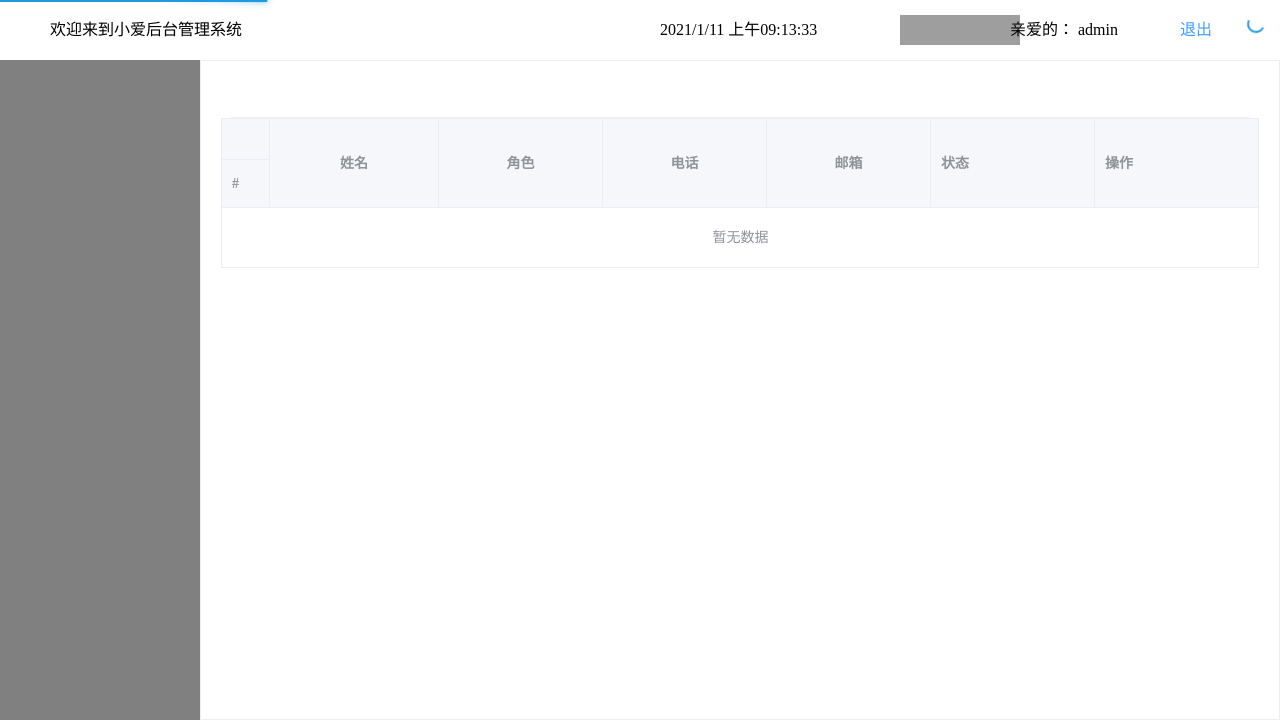
Repository: heyegang/vuex
Page: /usermanagement
An editor plug-in stored every save of this project. The page is shown before and after the next save, followed by the edit.
The browser window is 1280 px wide. The pictures show the whole page.
Pictures or frames that could not be fetched are drawn as grey boxes. The page's requests for data from a server got no answer. The project was rebuilt for these pictures with package versions that can differ from the ones it lists, and the page was loaded fresh each time. No one was signed in, and anything a server would have sent is missing. Also part of the build but not shown: vue.config.js, src/views/Home.vue, src/components/navsidebar/NavSidebar.vue.

Above is the page before, as saved 2021-01-12 11:14:13.

### src/main.js
import Vue from "vue";
import App from "./App.vue";
import router from "./router";
import store from "./store";
import ElementUI from "element-ui";
import "element-ui/lib/theme-chalk/index.css"

Vue.use(ElementUI)
Vue.config.productionTip = false;

new Vue({
  router,
  store,
  render: h => h(App)
}).$mount("#app");

### src/App.vue
<template>
  <div id="app">
    <router-view />
  </div>
</template>

<style lang="scss">
*{
  margin: 0;
  padding: 0;
}
html,body,#app{
  height: 100%;
}
</style>

### src/router/index.js
import Vue from "vue";
import VueRouter from "vue-router";
import Home from "../views/Home.vue";
import Layout from "../views/layout/Layout.vue";

Vue.use(VueRouter);

const routes = [
  {
   path:"",
  component:Layout,
  children:[{
    path: "/",
    name: "Home",
    component: Home
  },
  {
    path: "/usermanagement",
    name: "usermanagement",
    component: () => import('../views/usermanagement/UserManagement.vue')
  },

  ]},
  {
    path: "/login",
    name: "login",
    component: () => import('../views/login/Login.vue')
  },
];

const router = new VueRouter({
  mode: "history",
  base: process.env.BASE_URL,
  routes
});

export default router;

### src/store/index.js
import Vue from "vue";
import Vuex from "vuex";
import user from "./user";
import layout from "./layout";
import Administration from "./Administration/Administration"
Vue.use(Vuex);

export default new Vuex.Store({
  state: {
    // 存放数据
  },
  mutations: {
    // 同步修改state
  },
  actions: {},
  modules: {
    // 代表模块
    user,
    layout,
    Administration,
  }
});

### src/views/layout/Layout.vue
<template>
  <div>
    <el-container>
      <el-header>
        <nav-header></nav-header>
      </el-header>
      <el-container>
        <el-aside width="200px">
          <nav-sidebar :layouts='layouts' v-if='layouts.length>0'></nav-sidebar>
        </el-aside>
        <el-main>
          <nav-label></nav-label>
          <router-view></router-view>
        </el-main>
      </el-container>
    </el-container>
  </div>
</template>

<script>
import NavHeader from "../../components/navheader/NavHeader";
import NavSidebar from "../../components/navsidebar/NavSidebar";
import NavLabel from "../../components/navlabel/NavLabel";
import {createNamespacedHelpers} from 'vuex'
let userModule = createNamespacedHelpers('layout')
let {mapState: layoutState,mapActions: layoutActions} = userModule
export default {
  name: "",
  props: {},
  data() {
    return {
      sidebars:[]
    };
  },
  components: {
    NavHeader,
    NavSidebar,
    NavLabel,
  },
  methods: {
    ...layoutActions(['gettype'])
  },
  mounted() {
    this.gettype()
  },
  computed: {
    ...layoutState(['layouts'])
  },
  watch: {}
};
</script>

<style lang='scss' scoped>
.el-header,
.el-footer {
  line-height: 60px;
}

.el-aside {
  position: fixed;
  top: 60px;
  bottom: 0;
  background-color: gray;
}

.el-main {
  position: fixed;
  bottom: 0;
  right: 0;
  top: 60px;
  left: 200px;
  border: 1px solid #eeeeee;
}

body > .el-container {
  margin-bottom: 40px;
}

.el-container:nth-child(5) .el-aside,
.el-container:nth-child(6) .el-aside {
  line-height: 260px;
}

.el-container:nth-child(7) .el-aside {
  line-height: 320px;
}
</style>

### src/views/usermanagement/UserManagement.vue
<template>
  <div class="back">
      <!-- <el-table
      :data="Administrations"
      style="width: 100%">
      <el-table-column
        prop="username"
        label="姓名">
      </el-table-column>
      <el-table-column
        prop="role_name"
        label="角色">
      </el-table-column>
      <el-table-column
        prop="mobile"
        label="电话">
      </el-table-column>
      <el-table-column
        prop="email"
        label="邮箱">
      </el-table-column>
    </el-table> -->
    <ai-table :data="Administrations" :columns="columns" border :extend='extend'>

      <template #action='scope' >
        <el-button type='primary' @click='edit(scope.scope)' size="mini">

          <i class="el-icon-edit"></i>
        </el-button>
        <el-button type='danger' @click='cls' size="mini">
          <i class="el-icon-delete"></i>
        </el-button>
        <el-button type='warning' @click='distribution' size="mini">
          <i class="el-icon-setting"></i>
        </el-button>
      </template>
      <template #switchs>
        <!-- <el-switch :v-model="value">
        </el-switch>   -->
        1
      </template>
    </ai-table>
  </div>
</template>

<script>
import {createNamespacedHelpers} from "vuex"
let userModule = createNamespacedHelpers('Administration')
let {mapState: AdmState,mapActions: AdmActions} = userModule
import AiTable from "../../components/aitable/AiTable"
export default {
  name: '',
  props:{

  },
  data () {
    return {
      value: true,
      pagenum:1,
      pagesize:5,
      query:'',
      columns:[
        {
          label:'姓名',
          prop:'username',
          align:'center',
        },
        {
          label:'角色',
           prop:'role_name',
           align:'center',
        },
        {
          label:'电话',
           prop:'mobile',
           align:'center',
        },
        {
          label:'邮箱',
           prop:'email',
           align:'center',
        },
        {
          label:'状态',
           prop:'mg_state',
           align:'center',
           slot:'switchs'
        },
        {
          label:'操作',
           prop:'',
           align:'center',
           slot:'action'
        },
      ],
      extend: [
        {
          type:'index',
          label:'#'
        },
      ]
    }
  },
  components: {
    AiTable,
  },
  methods: {
    ...AdmActions(['getusers']),
    edit(scope){
      console.log(scope)
    },
    cls(){
      console.log(1)
    },
    distribution(){
      console.log(2)
    }
  },
  mounted() {
    this.getusers({
      query:'',
      pagenum:this.pagenum,
      pagesize:this.pagesize,
    })
  },
  computed: {
    ...AdmState(['Administrations'])
  },
  watch: {}
}
</script>

<style lang='scss' scoped>
.back{
  color: black;
}
</style>

### src/store/user.js
import { Message } from "element-ui";
import api from '../http/api';
import router from '../router'

export default {
    namespaced:true,
    // 开启命名空间

    state: {
        // 存放数据
        users:[]
      },
      mutations: {
        // 同步修改state
        setUsers(state,data){
            state.users = data
        }
      },
      actions: {
        //   发请求
        // 所有的方法
        // 登录 每一个action的方法都有两个参数 第一个是store 第二个是请求的参数
        // store可以解构为commit dispatch(提交另外一个action)
        async login(_,params){
            let res = await api.login(params)
            if(res.meta.status === 200){
                // 请求成功 存用户 跳转路由 提示用户
                localStorage.setItem('user', JSON.stringify(res.data))
                localStorage.setItem('token', res.data.token)
                Message.success('登录成功')
                router.push('/')
            } else {
                Message.error(res.meta.msg)
            }
        },
        // async getUsers({commit},params){
        //     let res = await api.getUsers(params)
        //     if(res.meta.status === 200) {
        //         commit('setUsers',res.data)
        //     }else {
        //         Message.error(res.meta.msg)
        //     }
        // } ,
      },
}

### src/store/layout.js
import api from '../http/api';
import { Message } from "element-ui";



export default {
  namespaced:true,
  state: {
    // 存放数据
    layouts:[]
  },
  mutations: {
    // 同步修改state
    setLayout(state,data){
      state.layouts = data
    }
  },
  actions: {
    async gettype({commit},params){
      let res = await api.gettype(params)
      if(res.meta.status === 200){
       console.log(res)
        commit('setLayout',res.data)
      }else {
        Message.error(res.meta.msg)
      }
    },
  },
}

### src/store/Administration/Administration.js
import { Message } from "element-ui";
import api from '../../http/api';

export default({
  namespaced:true,

  state: {
    // 存放数据
    Administrations:[]
  },
  mutations: {
    // 同步修改state
    setAdministration(state,data){
      state.Administrations = data
    }
  },
  actions: {
    async getusers({commit},params){
      let res =await api.getusers(params)
      if(res.meta.status === 200) {
        console.log(res)
        commit('setAdministration',res.data.users)
      } else {
        Message.error(res.meta.msg)
      }
    }
  },
})

### src/components/navheader/NavHeader.vue
<template>
  <div class="top">
      <div style="margin-left:30px;">
          欢迎来到小爱后台管理系统
      </div>
      <div class="box">
          {{times}}
      </div>
      <div class="weather">
          <div class="weather"><iframe scrolling="no" src="https://tianqiapi.com/api.php?style=yd&skin=pitaya" frameborder="0" width="100%" height="30" allowtransparency="true"></iframe></div>
    <!--获取天气-->
      </div>
      <div class="hello">
          亲爱的： admin
      </div>
      <div class="esc">
          退出
      </div>
  </div>
</template>

<script>
export default {
  name: '',
  props:{},
  data () {
    return {
      times:'',//格式化之后的当前时间
      currentTime: new Date() //当前时间
    }
  },
  components: {},
  methods: {
    getTimes(){
      setInterval(this.getTimesInterval, 1000);
    },
    getTimesInterval:function() {
      let _this = this;
      let year = new Date().getFullYear(); //获取当前时间的年份
      let month = new Date().getMonth() + 1; //获取当前时间的月份
      let day = new Date().getDate(); //获取当前时间的天数
      let hours = new Date().getHours(); //获取当前时间的小时
      let minutes = new Date().getMinutes(); //获取当前时间的分数
      let seconds = new Date().getSeconds(); //获取当前时间的秒数
      let hello = "";
      //当小于 10 的是时候，在前面加 0
      if (hours < 10) {
        hours = "0" + hours;
      }
      if (minutes < 10) {
        minutes = "0" + minutes;
      }
      if (seconds < 10) {
        seconds = "0" + seconds;
      }
      //一天中的时间
      if (hours > 6 && hours <13){
          hello = "上午";
      }
      if (hours > 13 && hours <18){
          hello = "下午";
      }
      if (hours > 18 && hours <24){
          hello = "晚上";
      }
      if (hours >0 && hours < 6){
          hello = "凌晨";
      }
      //拼接格式化当前时间
      _this.times = year + "/" + month + "/" + day + " " +hello+ hours + ":" + minutes + ":" + seconds;
    },
  },
  mounted() {
    this.getTimes()
  },
  computed: {},
  watch: {},
}
</script>

<style lang='scss' scoped>
.top{
    display: flex;
    position: relative;
    line-height: 60px;
}
.box{
    width: 220px;
    position: absolute;
    right: 380px;
    color: black;
}
.weather{
    width: 120px;
    position: absolute;
    right: 120px;
    top: 5px;
}
.hello{
    width: 120px;
    position: absolute;
    right: 130px;
}
.esc{
    width: 60px;
    position: absolute;
    right: 20px;
    color: #409EFF;
}
</style>

### src/components/navlabel/NavLabel.vue
<template>
  <div class="LabelBox">
  </div>
</template>

<script>
export default {
  name: '',
  props:{},
  data () {
    return {
    }
  },
  components: {},
  methods: {},
  mounted() {},
  computed: {},
  watch: {}
}
</script>

<style lang='scss' scoped>
.LabelBox{
  width: 98%;
  height: 36px;
  border-bottom: 1px solid #eee;
  margin-left: 1%;

}
</style>

### src/components/aitable/AiTable.vue
<template>
  <!-- <div>
    <ai-form></ai-form>
  </div> -->
    <el-table
      :border="border"
      :data="data"
      style="width: 100%"
      >
      <el-table-column v-if="extend && extend.length">
        <el-table-column
        v-for="(item) in extend"
        :key="item.type"
        :type="item.type"
        :label="item.label"
        >
        </el-table-column>
      </el-table-column>
      <el-table-column
      v-for="(item,index) in columns.slice(0, columns.length - 2)"
      :key="index"
      :prop="item.prop"
      :label="item.label"
      :align='item.align'
      >
      </el-table-column>


      <el-table-column :label="columns[columns.length-2].label">
        <template>
          <slot name="switchs"></slot>
        </template>
      </el-table-column>

      <!-- <el-table-column>
        <template slot-scope="scope">
          <slot name="action" :scope="scope"></slot>
        </template>
      </el-table-column> -->

      <el-table-column :label="columns[columns.length-1].label">
        <template slot-scope="scope">
          <slot name="action" :scope="scope"></slot>
        </template>
      </el-table-column>
    </el-table>
</template>

<script>

export default {
  name: '',
  props:{
    data:{
      type:Array,
      required:true
    },
    columns:{
      type:Array,
      required:true
    },
    border:{
      type:Boolean,
      dafault:false,
    },
    extend:{
      type:Array,
    }
  },
  data () {
    return {

    }
  },
  components: {},
  methods: {
    action(){

    }
  },
  mounted() {},
  computed: {},
  watch: {}
}
</script>

<style lang='scss' scoped>

</style>

### src/http/api.js
import http from './index'

export default{
     login({username,password}){
        return http.post('/login',{
            username,
            password
        })
     },
    //  getUsers({pagenum,pagesize,query}){
    //      if(query){
    //          return http.get(`/users?pagenum=${pagenum}&pagesize=${pagesize}&query=${query}`)
    //      } else {
    //          return http.get(`/users?pagenum=${pagenum}&pagesize=${pagesize}`)
    //      }

    //  },
     gettype(){
         return http.get('/menus')
     },
     getusers({query,pagenum,pagesize}){
        if(query){
            return http.get(`/users?pagenum=${pagenum}&pagesize=${pagesize}&query=${query}`)
        } else {
            return http.get(`/users?pagenum=${pagenum}&pagesize=${pagesize}`)
        }
     },
}

### src/http/index.js
import axios from 'axios'
import nprogress from 'nprogress'
import 'nprogress/nprogress.css'
import {Message} from 'element-ui'

// 需要区分当前环境是开发环境(development)还是生产环境(production)
let isPro = process.env.NODE_ENV === 'productin'

const http = axios.create({
    baseURL: isPro ? '线上接口路径':'/api',
    timeout:10000
})

// 请求拦截
http.interceptors.request.use(config =>{
    nprogress.start()
    // 配置token token是鉴权的一种方式
    // 在登陆成功后 会返回当前用户的token 存在本地
    // 可用（百度：js加密插件）加密插件加密token
    let token = localStorage.getItem('token')
    // 账号密码和token分开存
    if(token){
        config.headers.Authorization = token
    }
    return config
},err =>{
    nprogress.done()
    return Promise.reject(err)
})

// 响应拦截
http.interceptors.response.use(res => {
    nprogress.done()
    return res.data
},err => {

    // 请求失败
    let status = err.response && err.response.status
    // 状态码
    if (status === 400) {
        Message.error('参数错误')
    }
    if (status === 401) {
        Message.error('没有权限')
    }
    if (status === 403) {
        Message.error('登录过期')
    }
    if (status === 404) {
        Message.error('路径错误')
    }
    if (status === 500) {
        Message.error('服务器错误')
    }
    if (status === 403) {
        Message.error('服务器在维护')
    }
    return Promise.reject(err)
})


export default http

Loaded but not shown: public/index.html (common file)

After the next save:
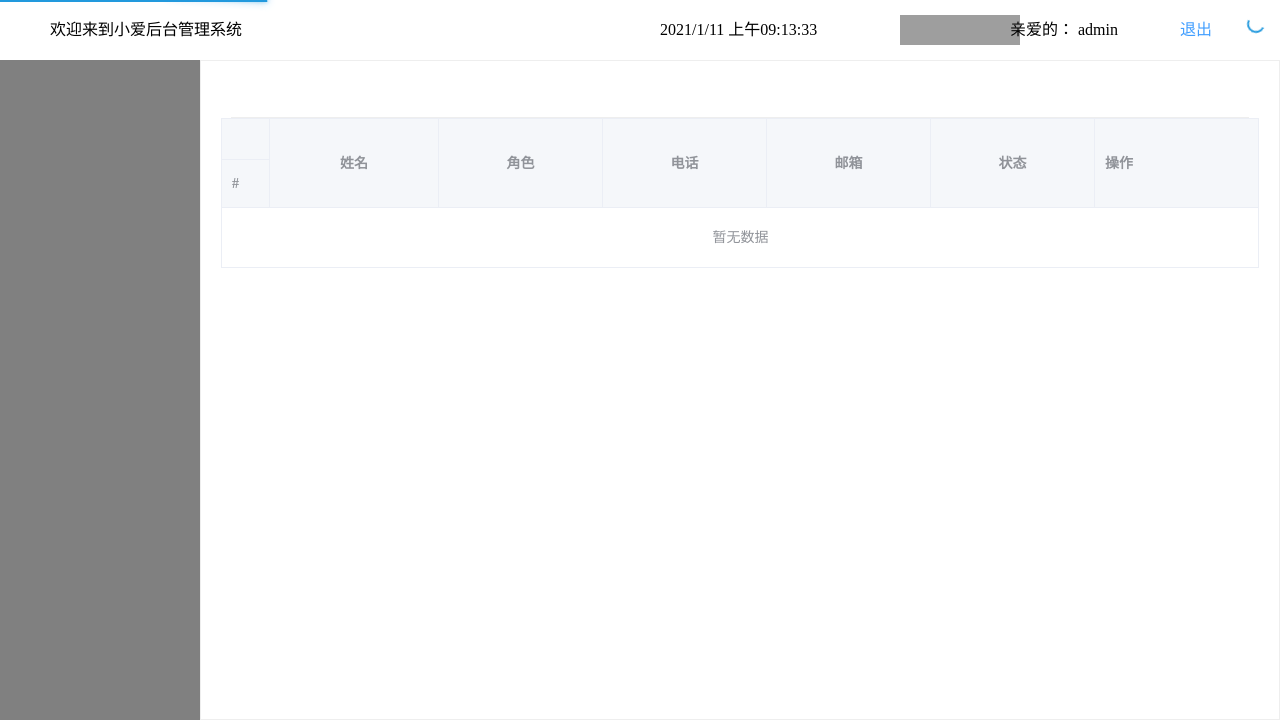
Saved 16 s later.
--- a/src/components/aitable/AiTable.vue
+++ b/src/components/aitable/AiTable.vue
@@ -17,7 +17,7 @@
         </el-table-column>
       </el-table-column>
       <el-table-column
-      v-for="(item,index) in columns.slice(0, columns.length - 2)"
+      v-for="(item,index) in columns.slice(0, columns.length - 1)"
       :key="index"
       :prop="item.prop"
       :label="item.label"
@@ -26,11 +26,11 @@
       </el-table-column>
 
 
-      <el-table-column :label="columns[columns.length-2].label">
+      <!-- <el-table-column :label="columns[columns.length-2].label">
         <template>
           <slot name="switchs"></slot>
         </template>
-      </el-table-column>
+      </el-table-column> -->
 
       <!-- <el-table-column>
         <template slot-scope="scope">
